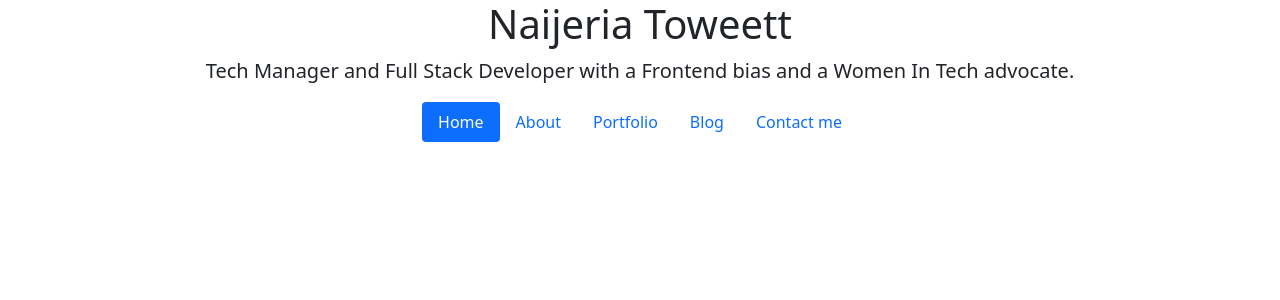
Repository: mamatechafrica/portfolio
Page: index.html
These files come from the project's save history. The page is drawn as it stood at one moment and after the next save; the edit follows.
The browser window is 1280 px wide. The pictures show the whole page.

Above is the page before, as saved 2022-01-04 13:31:43.

### index.html
<!doctype html>
<html lang="en">
    <head>
        <!-- Required meta tags -->
        <meta charset="utf-8">
        <meta name="viewport" content="width=device-width, initial-scale=1">

        <!-- Bootstrap CSS -->
        <link href="https://cdn.jsdelivr.net/npm/bootstrap@5.0.2/dist/css/bootstrap.min.css" rel="stylesheet" integrity="sha384-EVSTQN3/azprG1Anm3QDgpJLIm9Nao0Yz1ztcQTwFspd3yD65VohhpuuCOmLASjC" crossorigin="anonymous">

        <title>NashTheCoder portfolio</title>
    </head>
    <body>
        <div class="container text-center">
            <h1>Naijeria Toweett</h1>
            <p class="lead">
                Tech Manager and Full Stack Developer with a Frontend bias and a Women In Tech advocate.
            </p>
        </div>

        <nav>
            <ul class="nav nav-pills justify-content-center">
                <li class="nav-item">
                    <a class="nav-link active" aria-current="page" href="#">Home</a>
                </li>
                <li class="nav-item">
                    <a class="nav-link" href="#">About</a>
                </li>
                <li class="nav-item">
                    <a class="nav-link" href="#">Portfolio</a>
                </li>
                <li class="nav-item">
                    <a class="nav-link" href="https://mumlovestech.com/" target="blank">Blog</a>
                </li>
                <li class="nav-item">
                    <a class="nav-link" href="#">Contact me</a>
                </li>
            </ul>
        </nav>

        <!-- Optional JavaScript; choose one of the two! -->

        <!-- Option 1: Bootstrap Bundle with Popper -->
        <script src="https://cdn.jsdelivr.net/npm/bootstrap@5.0.2/dist/js/bootstrap.bundle.min.js" integrity="sha384-MrcW6ZMFYlzcLA8Nl+NtUVF0sA7MsXsP1UyJoMp4YLEuNSfAP+JcXn/tWtIaxVXM" crossorigin="anonymous"></script>

        <!-- Option 2: Separate Popper and Bootstrap JS -->
        <!--
        <script src="https://cdn.jsdelivr.net/npm/@popperjs/core@2.9.2/dist/umd/popper.min.js" integrity="sha384-IQsoLXl5PILFhosVNubq5LC7Qb9DXgDA9i+tQ8Zj3iwWAwPtgFTxbJ8NT4GN1R8p" crossorigin="anonymous"></script>
        <script src="https://cdn.jsdelivr.net/npm/bootstrap@5.0.2/dist/js/bootstrap.min.js" integrity="sha384-cVKIPhGWiC2Al4u+LWgxfKTRIcfu0JTxR+EQDz/bgldoEyl4H0zUF0QKbrJ0EcQF" crossorigin="anonymous"></script>
        -->
    </body>
</html>

After the next save:
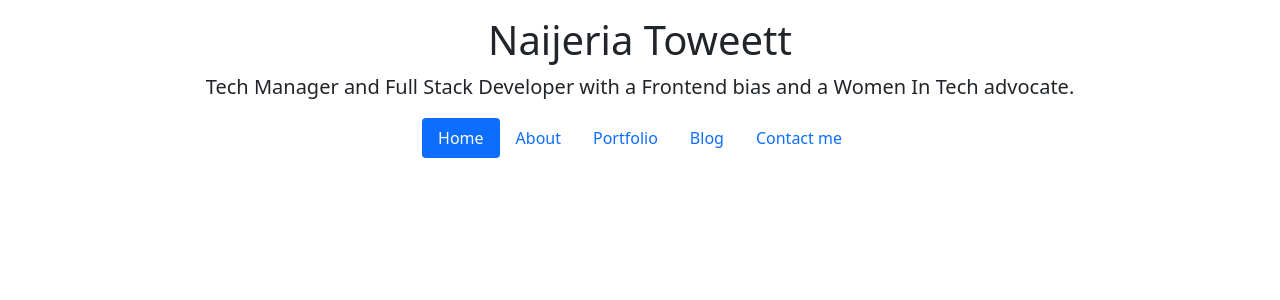
Saved 25 s later.
--- a/index.html
+++ b/index.html
@@ -11,7 +11,7 @@
         <title>NashTheCoder portfolio</title>
     </head>
     <body>
-        <div class="container text-center">
+        <div class="container text-center my-3">
             <h1>Naijeria Toweett</h1>
             <p class="lead">
                 Tech Manager and Full Stack Developer with a Frontend bias and a Women In Tech advocate.
